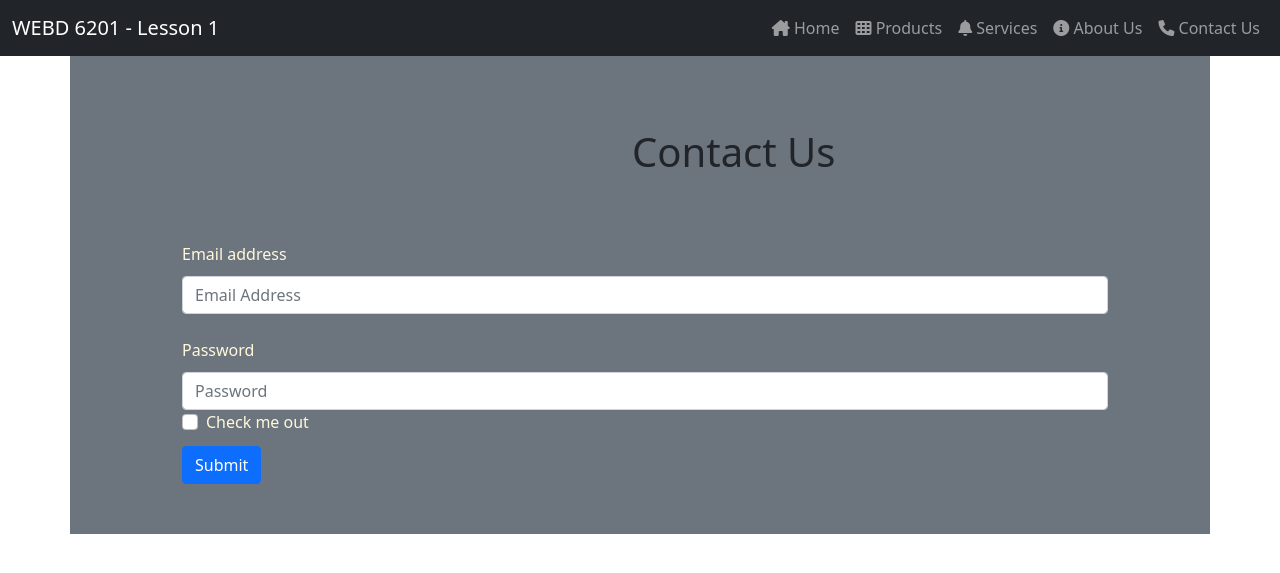
Repository: devanshudave1901/DevanshuDave_AngaranYogeswaranLab2
Page: contact.html
These files come from the project's save history. The page is drawn as it stood at one moment and after the next save; the edit follows.
The browser window is 1280 px wide. The pictures show the whole page.

Above is the page before, as saved 2022-02-10 12:24:59.

### contact.html
<!DOCTYPE html>
<html lang="en">
  <head>
    <meta charset="UTF-8" />
    <meta http-equiv="X-UA-Compatible" content="IE=edge" />
    <meta name="viewport" content="width=device-width, initial-scale=1.0" />
    <title>Contact Us</title>
    <link
      rel="stylesheet"
      href="./node_modules/bootstrap/dist/css/bootstrap.min.css"
    />
    <link
      rel="stylesheet"
      href="./node_modules/@fortawesome/fontawesome-free/css/all.min.css"
    />
    <link rel="stylesheet" href="./Content/app.css" />
  </head>
  <body>
    <nav class="navbar navbar-expand-lg navbar-dark bg-dark">
      <div class="container-fluid">
        <a class="navbar-brand" href="#">WEBD 6201 - Lesson 1</a>
        <button
          class="navbar-toggler"
          type="button"
          data-bs-toggle="collapse"
          data-bs-target="#navbarSupportedContent"
          aria-controls="navbarSupportedContent"
          aria-expanded="false"
          aria-label="Toggle navigation"
        >
          <span class="navbar-toggler-icon"></span>
        </button>
        <div class="collapse navbar-collapse" id="navbarSupportedContent">
          <ul class="navbar-nav ms-auto">
            <li class="nav-item active">
              <a class="nav-link" aria-current="page" href="./index.html"
                ><i class="fa-solid fa-house-chimney"></i> Home</a
              >
            </li>

            <li class="nav-item">
              <a class="nav-link" href="./products.html"
                ><i class="fa-solid fa-th"></i> Products</a
              >
            </li>
            <li class="nav-item">
              <a class="nav-link" href="./services.html"
                ><i class="fa-solid fa-bell"></i> Services</a
              >
            </li>
            <li class="nav-item">
              <a class="nav-link" href="./about.html">
                <i class="fa-solid fa-circle-info"></i> About Us</a
              >
            </li>
            <li class="nav-item">
              <a class="nav-link" href="./contact.html">
                <i class="fa-solid fa-phone"></i> Contact Us</a
              >
            </li>
          </ul>
        </div>
      </div>
    </nav>
    <div class="jumbotron bg-secondary container" id="contentArea">
      <br />
      <br />
      <br />
      <h1 id="contactId">Contact Us</h1>
      <br />
      <br />

      <form id="Contactform">
        <div class="form-group">
          <label for="exampleInputEmail1"> Email address</label>
          <input
            type="email"
            class="form-control"
            id="exampleInputEmail1"
            placeholder="Email Address"
          />
        </div>
        <br />
        <div class="form-group">
          <label for="exampleInputPassword1">Password</label>
          <input
            type="password"
            class="form-control"
            id="exampleInputPassword1"
            placeholder="Password"
            rows="3"
          />
        </div>
        <div class="form-check">
          <input type="checkbox" class="form-check-input" id="exampleCheck1" />
          <label class="form-check-label" for="exampleCheck1"
            >Check me out</label
          >
        </div>
        <button type="submit" class="btn btn-primary">Submit</button>
      </form>
    </div>
    <!-- 3RD Party Library-->
    <script src="./node_modules/jquery/dist/jquery.min.js"></script>
    <script src="./node_modules/bootstrap/dist/js/bootstrap.min.js"></script>
  </body>
</html>

### Content/app.css
#Contactform {
  padding: 10px 90px 50px 100px;
}
#Contactform label {
  color: cornsilk;
  padding-bottom: 10px;
}

.formInputBox {
  padding-left: 60px;
  margin: 8px 0;
  border: dashed;
  box-sizing: border-box;
}

#contactId {
  padding-left: 550px;
}

Loaded but not shown: node_modules/bootstrap/dist/css/bootstrap.min.css (library); node_modules/@fortawesome/fontawesome-free/css/all.min.css (library); node_modules/jquery/dist/jquery.min.js (library); node_modules/bootstrap/dist/js/bootstrap.min.js (library)

After the next save:
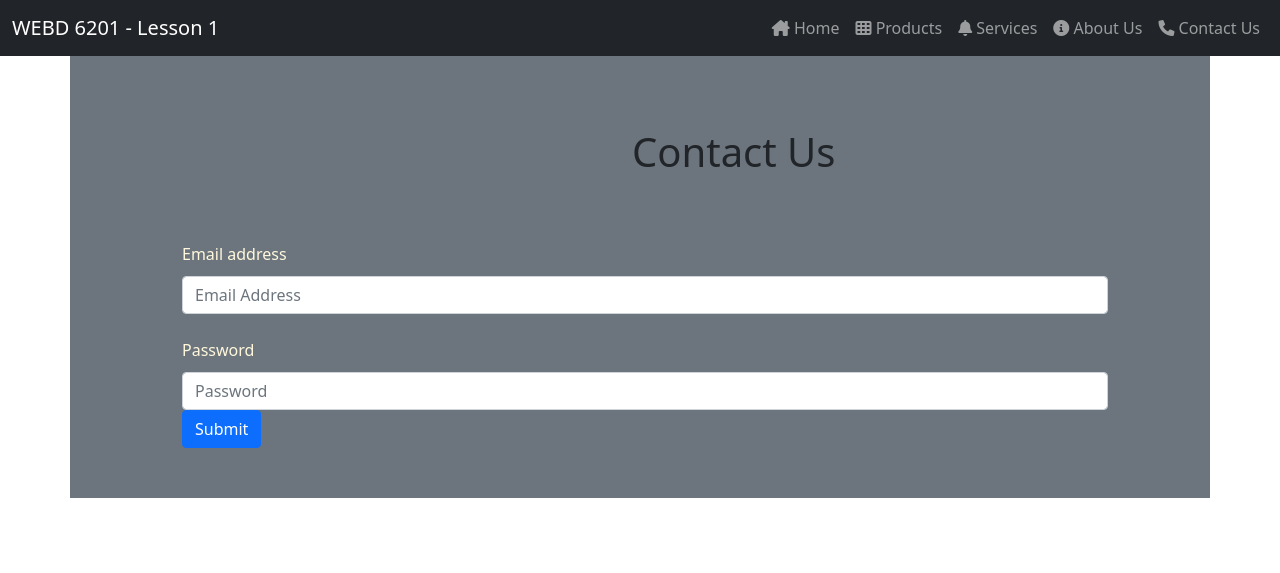
Saved 13 s later.
--- a/contact.html
+++ b/contact.html
@@ -91,12 +91,7 @@
             rows="3"
           />
         </div>
-        <div class="form-check">
-          <input type="checkbox" class="form-check-input" id="exampleCheck1" />
-          <label class="form-check-label" for="exampleCheck1"
-            >Check me out</label
-          >
-        </div>
+
         <button type="submit" class="btn btn-primary">Submit</button>
       </form>
     </div>
